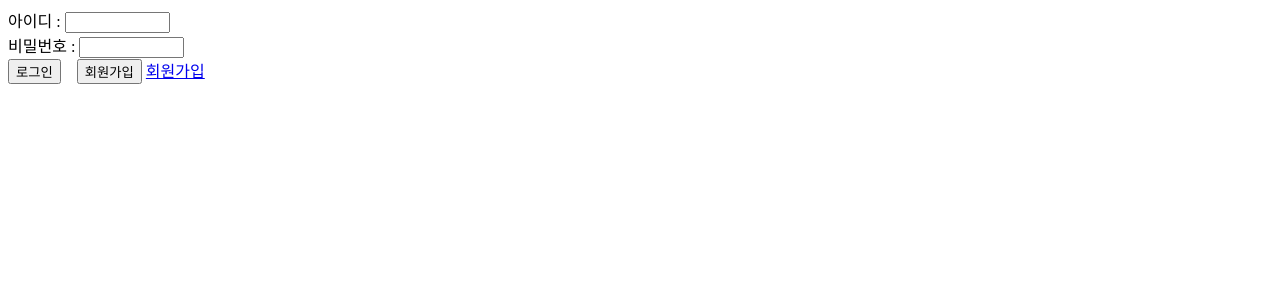
Repository: SeungMok/login_practice
Page: http://localhost/Login_practice/
The author's editor kept a copy of each file at every save. The page is drawn from the files as they stood at one save, then again after the next save.
The browser window is 1280 px wide. The pictures show the whole page.
The page is served by Tomcat 9.

Above is the page before, as saved 2020-03-19 17:18:31.

After the next save:
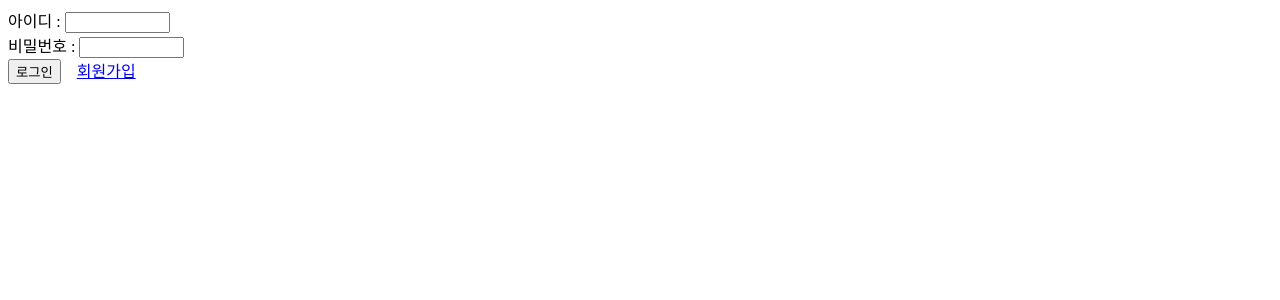
Saved 9 s later.
--- a/Login_practice/WebContent/index.jsp
+++ b/Login_practice/WebContent/index.jsp
@@ -12,9 +12,6 @@
 		비밀번호 : <input type="password" name="pw" size=10></br>
 		<input type="submit" value="로그인"> &nbsp;&nbsp;
 		<iuput type="button" value="회원가입" onclick="javascript:window.location='join.jsp'">
-		<iuput type="button" value="회원가입" onclick="javascript:window.location='join.jsp'">
-		<iuput type="button" value="회원가입" onclick="javascript:window.location='join.jsp'">
-		<input type="button" value="회원가입">
 		<a href="join.html"> 회원가입</a>
 	</form>
 </body>

After the 2 saves that followed:
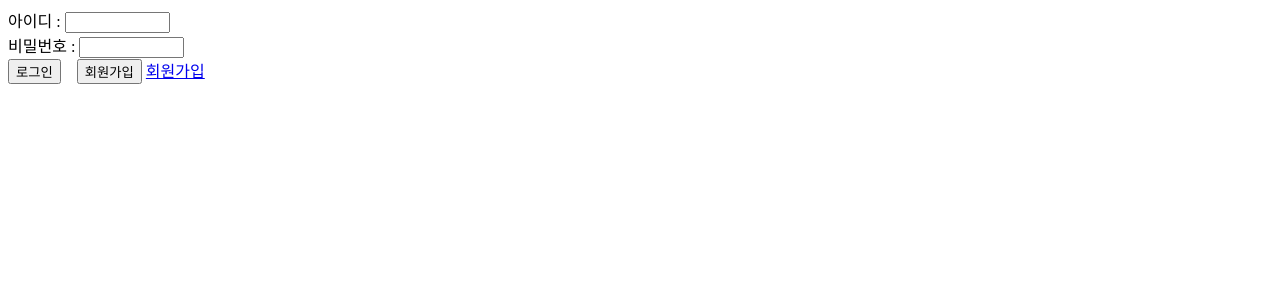
The 2 saves are shown as one change because 1 left the picture as it was.
The last was saved 9 s later.
--- a/Login_practice/WebContent/index.jsp
+++ b/Login_practice/WebContent/index.jsp
@@ -12,6 +12,9 @@
 		비밀번호 : <input type="password" name="pw" size=10></br>
 		<input type="submit" value="로그인"> &nbsp;&nbsp;
 		<iuput type="button" value="회원가입" onclick="javascript:window.location='join.jsp'">
+		<iuput type="button" value="회원가입" onclick="javascript:window.location='join.jsp'">
+		<iuput type="button" value="회원가입" onclick="javascript:window.location='join.jsp'">
+		<input type="button" value="회원가입">
 		<a href="join.html"> 회원가입</a>
 	</form>
 </body>
